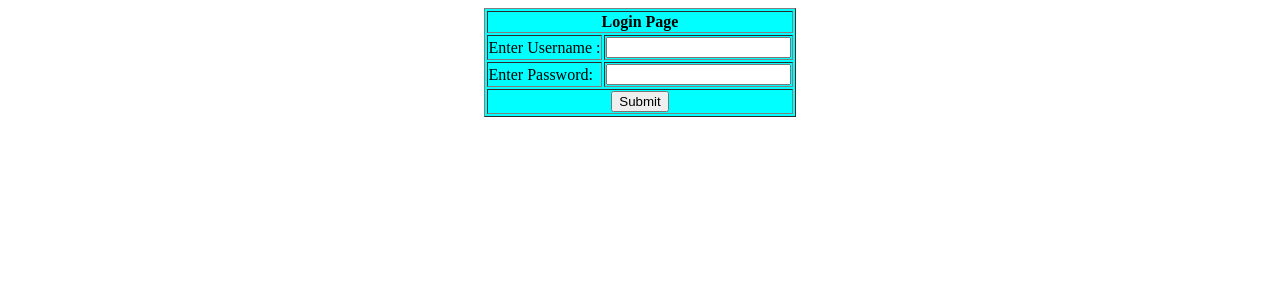
Repository: coolsam56/Advance_Java
Page: LAB7A/src/main/webapp/Uii.html
These files come from the project's save history. The page is drawn as it stood at one moment and after the next save; the edit follows.
The browser window is 1280 px wide. The pictures show the whole page.

Above is the page before, as saved 2023-05-16 05:28:49.

After the next save:
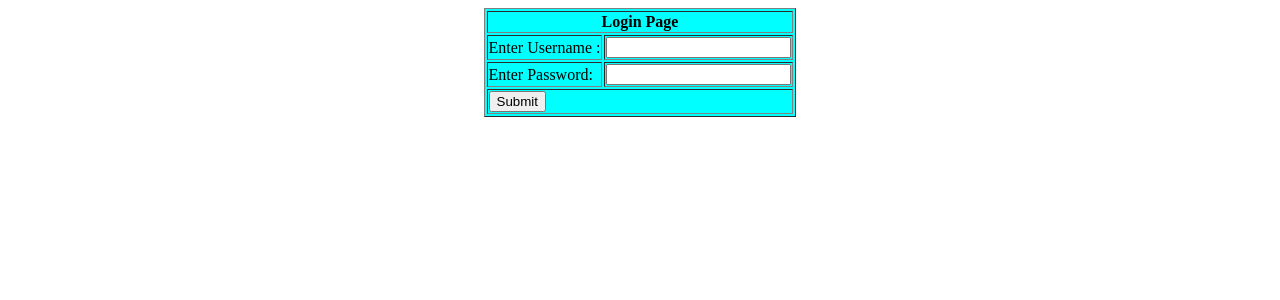
Saved 6 min 49 s later.
--- a/LAB7A/src/main/webapp/Uii.html
+++ b/LAB7A/src/main/webapp/Uii.html
@@ -16,9 +16,8 @@
 </tr>
 <tr>
 <td><label>Enter Password:</label></td>
-<td><input type="text" name="pass" required</td>
+<td><input type="text" name="pass" required></td>
 </tr>
-<tr align="center">
 <td colspan="2">
 <input type="submit"></td>
 </tr>
